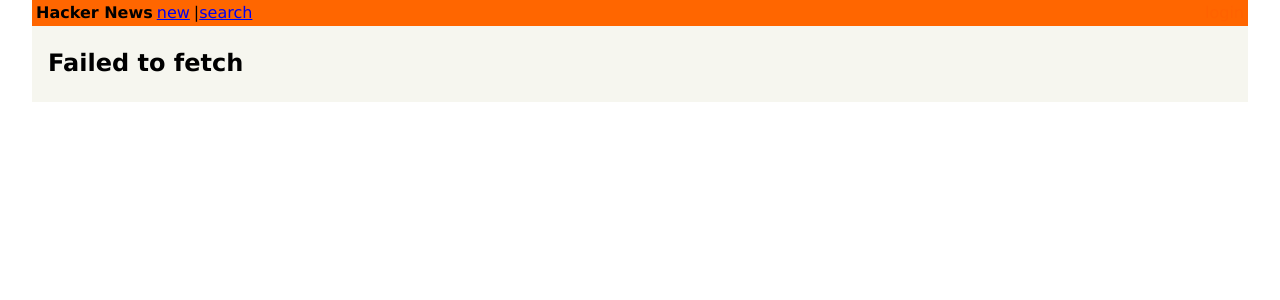
Repository: Demeter-Chronos/hackernews
Page: /
An editor plug-in stored every save of this project. The page is shown before and after the next save, followed by the edit.
The browser window is 1280 px wide. The pictures show the whole page.
The project was rebuilt for these pictures with package versions that can differ from the ones it lists, and the page was loaded fresh each time. The framework's server and built-in components were replaced by stand-ins that run in the browser. Also part of the build but not shown: next.config.js, src/components/link.tsx.

Above is the page before, as saved 2022-05-07 10:17:21.

### pages/_app.tsx
import '../src/styles/globals.css';
import 'tachyons';
import type { AppProps } from 'next/app';
import { ApolloProvider } from "@apollo/client";
import { getApolloClient } from "../src/lib/apollo-client";
import Layout from '../src/components/Layout';

const client = getApolloClient();

function MyApp({ Component, pageProps }: AppProps) {
  return (
    <ApolloProvider client={client}>
      <Layout>
        <Component {...pageProps} />
      </Layout>
    </ApolloProvider>
  );
}

export default MyApp

### pages/index.tsx
import type { NextPage } from 'next';
import {
  useQuery,
  gql,
} from '@apollo/client';
import LinkList from '../src/components/linklist';

const Home: NextPage = () => {

  return (
    <div className="ph3 pv1 background-gray">
      <LinkList />
    </div>
  );
}


export default Home

### src/styles/globals.css
body {
    margin: 0;
    padding: 0;
    font-family: Verdana, Geneva, sans-serif;
}

input {
    max-width: 500px;
}

.gray {
    color: #828282;
}

.orange {
    background-color: #ff6600;
}

.background-gray {
    background-color: rgb(246, 246, 239);
}

.f11 {
    font-size: 11px;
}

.w85 {
    width: 85%;
}

.button {
    font-family: monospace;
    font-size: 10pt;
    color: black;
    background-color: buttonface;
    text-align: center;
    padding: 2px 6px 3px;
    border-width: 2px;
    border-style: outset;
    border-color: buttonface;
    cursor: pointer;
    max-width: 250px;
}

### src/lib/apollo-client.tsx
import { ApolloClient, InMemoryCache } from "@apollo/client";

export const getApolloClient = () => {
  return new ApolloClient({
    uri: 'http://localhost:4000',
    cache: new InMemoryCache()
  });
};

### src/components/Layout.tsx
import Head from 'next/head'
import Header from './header';
import styles from '../styles/Home.module.css';

interface LayoutProps {
    children: React.ReactNode
}

export default function Layout({ children }: LayoutProps) {
    return (
        <div className={styles.container}>
            <Head>
                <title>HackerNews</title>
                <meta name="description" content="HackerNews Cloned Website" />
            </Head>
            <Header />
            <main>
                {children}
            </main>
        </div>
    )
}

### src/components/linklist.tsx
import NewLink from "./link";
import { useQuery, gql } from "@apollo/client";


const LINK_QUERY = gql`
{
    feed {
      id
      links {
        id
        createdAt
        url
        description
      }
    }
  }
`;


export default function LinkList() {
    const { loading, error, data } = useQuery(LINK_QUERY);

    return (
        <div>
            {/* {data && (
                <>
                    {data.feed.links.map((link: { id: Key | null | undefined; }) => (
                        <NewLink key={link.id} link={link} />
                    ))}
                </>
            )} */}
            {
                loading ? (
                    <h3>Loading...</h3>
                ) : (
                    error ? (
                        <h2>{error.message}</h2>
                    ) : (
                        data.feed.links.length > 0 ? (
                            data.feed.links.map((link: any, index: any) => {
                                return (
                                    <div key={index}>
                                        <NewLink key={link.id} link={link} />
                                    </div>
                                )
                            })
                        ) : (
                            <h2>No saved articles found</h2>
                        )
                    )
                )
            }
        </div>
    );
};

### src/components/header.tsx
import Link from 'next/link';
import { useRouter } from 'next/router';
import { AUTH_TOKEN } from '../constants';

export default function Header() {
  const router = useRouter();
  const authToken = localStorage.getItem(AUTH_TOKEN);

  return (
    <header>
      <div className="flex pa1 justify-between nowrap orange">
      <div className="flex flex-fixed black">
        <Link href="/" className="no-underline black">
          <div className="fw7 mr1">Hacker News</div>
        </Link>
        <Link href="/" className="ml1 no-underline black">
          new
        </Link>
        <div className="ml1">|</div>
        <Link
          href="/search"
          className="ml1 no-underline black"
        >
          search
        </Link>
        {authToken && (
          <div className="flex">
            <div className="ml1">|</div>
            <Link
              href="/create"
              className="ml1 no-underline black"
            >
              submit
            </Link>
          </div>
        )}
      </div>
      <div className="flex flex-fixed">
        {authToken ? (
          <div
            className="ml1 pointer black"
            onClick={() => {
              localStorage.removeItem(AUTH_TOKEN);
              router.push(`/`);
            }}
          >
            logout
          </div>
        ) : (
          <Link
            to="/login"
            className="ml1 no-underline black"
          >
            login
          </Link>
        )}
      </div>
    </div>
    </header>
  );
};

Loaded but not shown: src/styles/Home.module.css (common file); src/constants.js (common file)

After the next save:
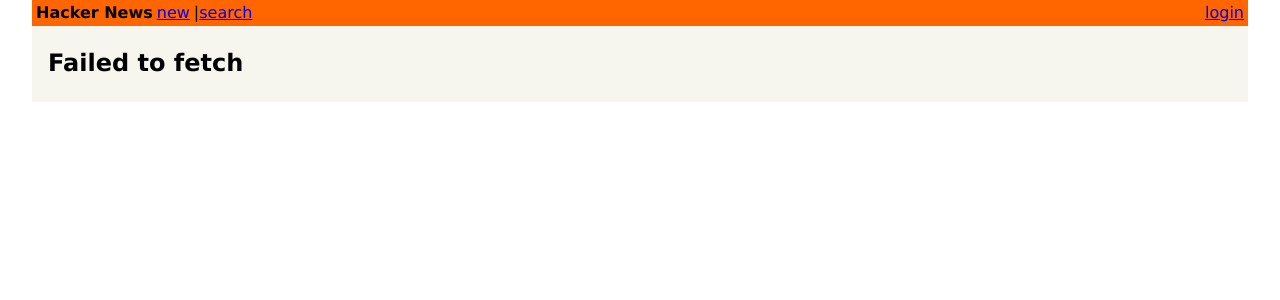
Saved 8 s later.
--- a/src/components/header.tsx
+++ b/src/components/header.tsx
@@ -48,7 +48,7 @@ export default function Header() {
           </div>
         ) : (
           <Link
-            to="/login"
+            href="/login"
             className="ml1 no-underline black"
           >
             login
